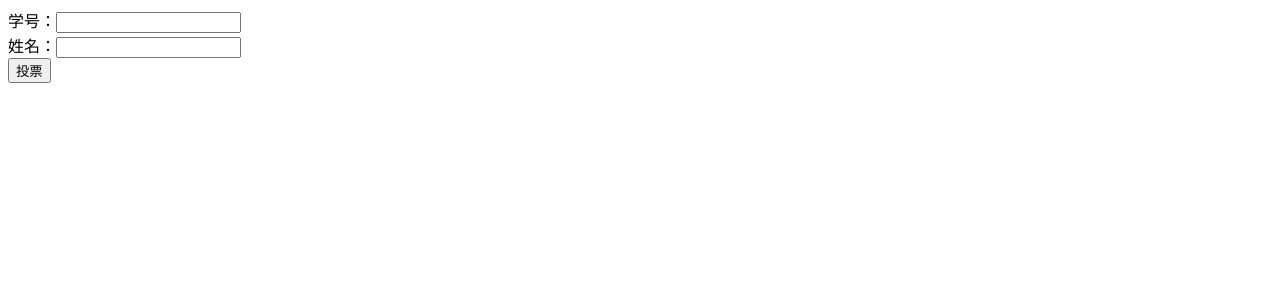
Repository: yonghuisu/THUVote
Page: LocalProject/Application/Home/View/Vote/vote.html
The author's editor kept a copy of each file at every save. The page is drawn from the files as they stood at one save, then again after the next save.
The browser window is 1280 px wide. The pictures show the whole page.

Above is the page before, as saved 2014-04-14 07:14:03.

After the next save:
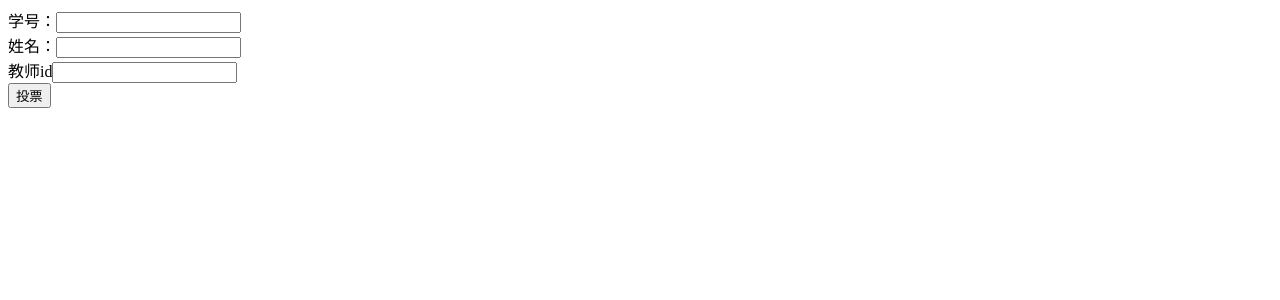
Saved 53 s later.
--- a/LocalProject/Application/Home/View/Vote/vote.html
+++ b/LocalProject/Application/Home/View/Vote/vote.html
@@ -1,5 +1,6 @@
 <FORM method="post" action="__URL__/insert">
 学号：<INPUT type="text" name="student_no"><br/>
 姓名：<INPUT type="text" name="student_name"><br/>
+教师id<INPUT type="text" name = "vote_info"><br/>
  <INPUT type="submit" value="投票">
  </FORM>
